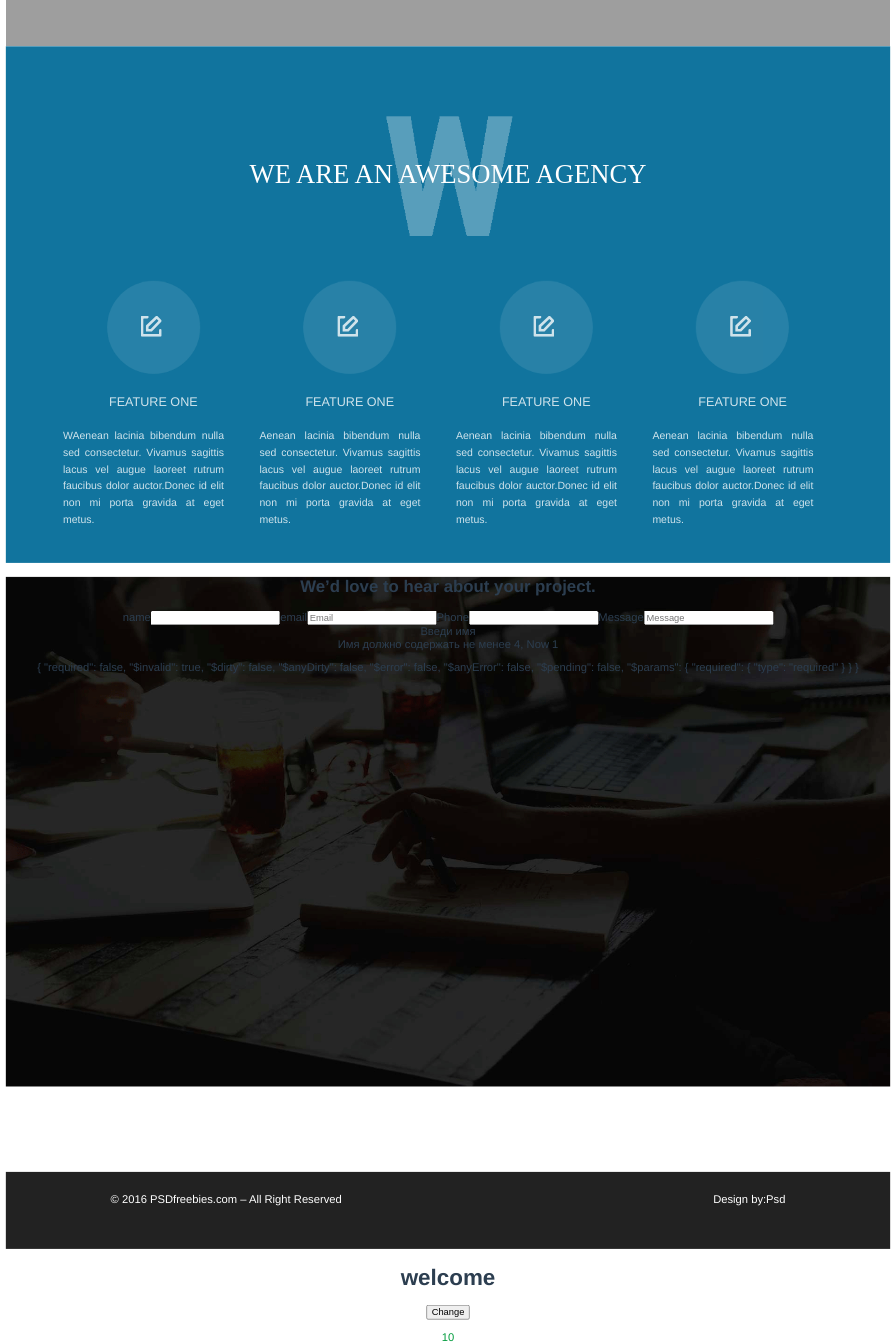
Repository: joker506/Creatives
Page: /
An editor plug-in stored every save of this project. The page is shown before and after the next save, followed by the edit.
The browser window is 1280 px wide. The pictures show the part of the page from y = 773 to 2693 px (the page is 2716 px tall), at 70% of full size.
Pictures or frames that could not be fetched are drawn as grey boxes. The project was rebuilt for these pictures with package versions that can differ from the ones it lists, and the page was loaded fresh each time.

Above is the page before, as saved 2020-04-12 00:03:14.

### public/index.html
<!DOCTYPE html>
<html lang="ru">

<head>
    <meta charset="utf-8">
    <meta http-equiv="X-UA-Compatible" content="IE=edge">
    <meta name="viewport" content="width=device-width,initial-scale=1.0">
    <link rel="icon" href="<%= BASE_URL %>favicon.ico">
    <title>
        <%= htmlWebpackPlugin.options.title %>
    </title>
</head>

<body>
    <noscript>
      <strong>We're sorry but <%= htmlWebpackPlugin.options.title %> doesn't work properly without JavaScript enabled. Please enable it to continue.</strong>
    </noscript>
    <div id="app"></div>
    <!-- built files will be auto injected -->
</body>

</html>

### src/main.js
import Vue from 'vue'
import Vuelidate from 'vuelidate'
import App from './App.vue'

Vue.use(Vuelidate)

Vue.config.productionTip = false

new Vue({
    render: h => h(App),
}).$mount('#app')

### src/App.vue
<template>
  <div id="app">
<HeaderApp />
<AdvantagesApp />
<TeamApp />
<FormApp />
<FooterApp />

    <HelloWorld
    @clicks="clickUp($event)"
       :msg=msg
       :counter=counter />
  </div>
</template>

<script>
import HelloWorld from './components/HelloWorld.vue'
import HeaderApp from './components/HeaderApp.vue'
import AdvantagesApp from './components/AdvantagesApp.vue'
import TeamApp from './components/TeamApp.vue'
import FormApp from './components/FormApp.vue'
import FooterApp from './components/FooterApp.vue'

export default {
  name: 'App',
  data(){

    return{
    msg:"welcome",
    counter:10,


    }

  },
  components: {
    HelloWorld,
    AdvantagesApp,
    HeaderApp,
    TeamApp,
    FormApp,
    FooterApp
  },
  methods:{
    clickUp(event){
      console.log("click")
      this.counter=event
    }
  }
}
</script>

<style>
#app {
  font-family: Avenir, Helvetica, Arial, sans-serif;
  -webkit-font-smoothing: antialiased;
  -moz-osx-font-smoothing: grayscale;
  text-align: center;
  color: #2c3e50;
  overflow: hidden;

}
</style>

### src/components/HelloWorld.vue
<template>
  <div class="hello">
    <h1>{{ msg }} </h1>
   <button @click="clickDown">Change</button>
   <p>{{counter}}</p>

  </div>
</template>

<script>
export default {
  name: 'HelloWorld',

  props: {
    msg: String,
    counter:Number

  },
  methods:{
    clickDown(){
      console.log("Your Click!")
      this.$emit("clicks",this.counter+1)

    }
  }
}
</script>

<style scoped>
h3 {
  margin: 40px 0 0;
}
ul {
  list-style-type: none;
  padding: 0;
}
li {
  display: inline-block;
  margin: 0 10px;
}
a {
  color: #42b983;
}
p{
  color:rgb(3, 156, 62);
}
</style>

### src/components/HeaderApp.vue
<template>

<header class="header">

<div class="header__top">
<a class="logo" href="#" >
    <img src="@/assets/Logo1.png" alt="logo">
</a>
<nav class="main-nav">
    <ul class="main-nav__items">
        <li class="item">
            <a href="#">Home</a> </li>
        <li class="item">
            <a href="#">Pages</a> </li>
        <li class="item">
            <a href="#">Features</a> </li>
        <li class="item">
            <a href="#">Extensions</a> </li>
        <li class="item">
            <a href="#">Tutorials</a> </li>
        <li class="item">
            <a href="#">Contact us</a> </li>
    </ul>
</nav>

<div class="social">
    <ul class="social__items">
        <li class="social__item social__item--fb">
            <a class="social__link" href="#"></a></li>
        <li class="social__item social__item--insta">
            <a class="social__link" href="#"></a></li>
        <li class="social__item social__item--teleg">
            <a class="social__link" href="#"></a></li>
        <li class="social__item social__item--vk">
            <a class="social__link" href="#"></a></li>
    </ul>
</div>

</div>
<div class="header__main">

<h1 class="header__title" >Creatives</h1>
<p class="text"><a href="Power by PSDfreebies.com"> Power by PSDfreebies.com</a></p>

<span class="btn__main">
    <a @click="scrollDown" href="#team" class="btn__main-link">scroll down</a>
</span>
</div>


</header>

</template>

<script>
export default {
    name:'HeaderApp',
    methods:{
        scrollDown(){
            console.log("scroll")
        }
    },

    directives:{
        font:{
            bind(el){
            el.style.fontSize='50px'
            }
        },
        color:{
            bind(el){
                el.style.color='#ffffff'
            }
        }
    }


}
</script>

<style lang="scss">
.header{
    margin: 0;
    padding: 0;
    max-width: 1600px;
    padding-top: 20px;
    font-size: 18px;
    background-image: url("~@/assets/Layer96.jpg");
    background-repeat: no-repeat;
    background-position: 0 0;
    background-size: cover;
}

.header__top{
    padding-right: 15px;
    padding-left: 15px;
    display: flex;
    justify-content: space-between;
    height: 90px;
    border-bottom: 3px solid hsla(0, 0%, 47%, 0.5);
}
.wrapper{
    width: 1200px;
}
.logo {
    list-style: none;
    cursor: pointer;
    color: #000000 ;
    &>img{
    width:79px;
    height:75px;
    }
}

.main-nav{
margin-left: 220px;
margin-right: 40px;
//border: 1px solid greenyellow;
}
.main-nav__items{
padding: 0;
margin: 0;
display: flex;
justify-content: space-between;
width: 700px;
height: 85px;
}
.item{
    width: 100px;
    height: 83px;
    list-style: none;
    font-family: "Myriad Pro";
    font-size: 20px;
    font-weight: 400;
    color: #ffffff;
    &:hover{
        border-bottom: 6px solid #11749e;
    }
    &>a{
        display: block;
        padding-top: 30px;
        height: 50px;
        text-decoration: none;
        color: #868686;
   /*  &:hover{
        color: blue;
    } */

    }
}
.social{
width: 141px;
}
.social__items{
    margin: 0;
    padding: 0;
    display: flex;
    justify-content: space-between;
    list-style: none;
}

.social__item{
    width: 20px;
    height: 20px;
    margin-top: 30px;
    position: relative;
    &--fb{
        background-image: url("~@/assets/facebook.svg");
        &:hover{
        background-image: url("~@/assets/fb-active.svg");
        }
    }
     &--insta{
        background-image: url("~@/assets/instagram.svg");
    }
     &--teleg{
        background-image: url("~@/assets/telegram.svg");
    }
     &--vk{
        background-image: url("~@/assets/vk.svg");
    }
    &::before{
        content: '';
        position: absolute;
        width: 30px;
        height: 30px;
         background-position: 0 0;
        background-repeat: no-repeat;
}
}


.social__link{
    display: block;
    padding-top: 30px;
    height: 50px;
    color: #868686;
    text-decoration: none;
}
/*
.header__main{
    height: 766px;
} */

.header__title{
    margin: 0 auto;
    margin-top: 130px;
    font-family: Gotham;
    font-size: 153px;
    font-weight: 700;
    text-transform: uppercase;
    letter-spacing: -1.92px;
}

.text{
margin: 0 auto;
margin-top: 30px;
color: #11749e;
font-family: Gotham;
font-size: 25px;
font-weight: 500;
line-height: 51.19px;
text-transform: uppercase;
letter-spacing: 7.88px;
}
.text>a{
    text-decoration: none;
    color: bisque;
}
.btn__main{
    display: block;
    margin-top: 115px;
    padding-bottom: 115px;
    position: relative;

}
.btn__main-link{
    color:beige;
    cursor: pointer;
    font-weight: 500;
    line-height: 22px;
    text-transform: capitalize;
        &::after{
        content: '';
        display: block;
        left: 50%;
        margin: auto;
        margin-top: 15px;
        width: 65px;
        height: 65px;
        background-image: url("~@/assets/chevron.svg");
        background-repeat: no-repeat;
        background-position: 0 0;
        background-size: cover;
        }
        &:hover{
color: #11749e;
}
}



</style>

### src/components/AdvantagesApp.vue
<template >
<section class="advantages" >
    <div class="wrap">
<h2 class="advantages__title">
    We Are An Awesome Agency
</h2>
    </div>
    <div class="advantages-block">
<div class="block__first">
   <div><img src="~@/assets/Ellipse1.png" alt="ellipse"></div>
    <h3 class="block__title">Feature One</h3>
    <p class="block__text">WAenean lacinia bibendum nulla sed consectetur. Vivamus sagittis lacus vel augue laoreet rutrum faucibus dolor auctor.Donec id elit non mi porta gravida at eget metus.
</p>
</div>
<div class="block__first">
    <div><img src="~@/assets/Ellipse1.png" alt="ellipse"></div>
    <h3 class="block__title">Feature One</h3>
     <p class="block__text">Aenean lacinia bibendum nulla sed consectetur. Vivamus sagittis lacus vel augue laoreet rutrum faucibus dolor auctor.Donec id elit non mi porta gravida at eget metus.
</p>
</div>
<div class="block__first">
    <div><img src="~@/assets/Ellipse1.png" alt="ellipse"></div>
    <h3 class="block__title">Feature One</h3>
     <p class="block__text">Aenean lacinia bibendum nulla sed consectetur. Vivamus sagittis lacus vel augue laoreet rutrum faucibus dolor auctor.Donec id elit non mi porta gravida at eget metus.
</p>
</div>
<div class="block__first">
    <div><img src="~@/assets/Ellipse1.png" alt="ellipse"></div>
    <h3 class="block__title">Feature One</h3>
    <p class="block__text">Aenean lacinia bibendum nulla sed consectetur. Vivamus sagittis lacus vel augue laoreet rutrum faucibus dolor auctor.Donec id elit non mi porta gravida at eget metus.
</p>
</div>
</div>

</section>
</template>

<script>
export default {
    name:'AdvantagesApp',

}
</script>

<style lang="scss">

.advantages{
max-width: 1600px;
height: 738px;
background-color: #11749e;
}
.wrap{
    margin: 0;
}
.advantages-logo{
margin-top: 108px;
    opacity: 0.3 ;
}

.advantages__title{
    margin: 0;
padding-top: 170px;
margin-bottom: 140px;
color: #ffffff;
font-family: Gotham;
font-size: 38px;
font-weight: 500;
line-height: 25px;
text-transform: uppercase;
position: relative;
&::before{
    content: '';
    position: absolute;
    top: 100px;
    left: 43%;
    width: 180px;
    height: 180px;
    opacity: 0.3;
    background-image: url("~@/assets/W.png");
    background-size: contain;
    background-repeat: no-repeat;
    background-position: 0 0;
}
}
.advantages-block{
    width: 1100px;
    margin: 0 auto;
    display: flex;
    justify-content: space-between;
}
.block__first{
    width: 258px;

    color: #ffffff;
    opacity: 0.8;


}
.block__first>div{
    opacity: 1;
    position: relative;
      &::before{
    content: '';
    position: absolute;
    top: 50px;
    left: 111px;
    width: 30px;
    height: 30px;
    background-image: url("~@/assets/Write.svg");
    background-position: 0 0;
    background-repeat: no-repeat;
    background-size: contain;
}
    }


.block__title{
    font-size: 18px;
font-weight: 500;
line-height: 36px;
text-transform: uppercase;

}
.block__text{
    width: 230px;
text-align: justify;    ;
font-size: 15px;
font-weight: 400;
line-height: 24px;
}
</style>

### src/components/TeamApp.vue
<template>
<section class="team" id="team">
<div class="wrap">
<h2 class="team__title">Our Team</h2>
<p class="team__text">sales long tail influencer pitch release niche market.</p>
</div>

<div class="team-block">

<div v-for="staff in staffs" :key="staff.id" class="staff__first" >
    <img :src="require('@/assets'+staff.img)" alt="">
    <div class="staff-wrap">
    <h3 class="staff__title">{{staff.name}}</h3>
    <span class="staff__prof">{{staff.proff}}</span>
    </div>
</div>

    </div>

    </section>
</template>

<script>
export default {
    name:'TeamApp',
    data(){
        return{
            staffs:[
                {
                    id:1,
                    name:"JOHN SNOW",
                    proff:"CEO",
                    img:'/Layer81.png'
                },
                {
                    id:2,
                    name:"LADY SANSA",
                    proff:"WebDesigner",
                    img:'/Layer82.png'
                },
                {
                    id:3,
                    name:"JOHN MMAc",
                    proff:"Pgotographer",
                    img:'/Layer83.png'
                },
                {
                    id:4,
                    name:"LADY SIMPS",
                    proff:"Pgotographer",
                    img:'/Layer84.png'
                },


            ]
        }
    }
}
</script>

<style lang="scss">
.team{
    margin: 0;
    padding: 0;
    max-width: 1600px;
padding-bottom: 10px;
background-color: #f3f0f0;
}
.team__title{
margin: 0;
padding: 0;
padding-top: 140px;
font-size: 38px;
font-weight: 500;
line-height: 45px;
text-transform: uppercase;
position: relative;
&::before{
    content: '';
    position: absolute;
    top: 70px;
    left: 45%;
    width: 120px;
    height: 180px;
    background-image: url('~@/assets/T.png');
    background-position: 0 0;
    background-repeat: no-repeat;
    background-size: contain;
}
}
.team__text{
    margin-top: 140px;
    color: #222222;
font-family: "Gotham - Book";
font-size: 30px;
font-weight: 400;
line-height: 37px;
}
.team-block{
    margin-top: 70px;
    width: 1200px;
    margin: 0 auto;
    display: flex;
    justify-content: space-between;

}
.staff__first {
    width: 270px;
    height: 480px;
    position: relative;
}

.staff-wrap{
    position: absolute;
    top: 360px;
    left: 25px;
    width: 216px;
    height: 117px;
    background-color: #ffffff;
    &:hover{
        border: 1px solid rgb(245, 243, 243);
        box-shadow: 0px 0px 10px 5px rgb(225, 229, 233);
    }
    }
.staff__title{
    color: #11749e;
font-family: Gotham;
font-size: 20px;
font-weight: 500;
line-height: 24px;
text-transform: uppercase;
}

.staff__prof{
    font-family: Gotham;
    font-size: 15px;
    font-weight: 600;
    line-height: 24px;
}
</style>

### src/components/FormApp.vue
<template>
<div class="form">
<h2 class="form__title">We’d love to hear about your project.</h2>
<form action="">
    <label for="name">name</label>
    <input type="text"
            id="name"
            @blur="$v.name.$touch()"
            :class="{'input__wrong':$v.name.$error}"
            v-model="name"
            placeholder="Name">

    <label for="email">email</label>
    <input type="email"
           id="email"
           v-model="email"
           @blur="$v.email.$touch()"
           :class="{'input__wrong':$v.email.$error}"
           placeholder="Email"
           >
    <label for="phone">Phone</label>
    <input type="phone"
            id="phone"
            v-model="phone"
            @blur="$v.phone.$touch()"
            placeholder="Phone"
           >
    <label for="letter">Message</label>
    <input type="textarea"
            id="letter"
            v-model="letter"
            @blur="$v.letter.$touch()"
            placeholder="Message"
            >

    <div class="" v-if="!$v.name.required">Введи имя </div>
    <div class="" v-if="!$v.name.minLength">Имя должно содержать не менее {{4}}, Now {{name.length}}</div>

</form>
<p>{{$v.letter}}</p>
</div>

</template>

<script>

import {required,email,phone,minLength } from 'vuelidate/lib/validators'

export default {
name:'FormApp',
data(){
    return{
    name:" ",
    required:" ",
    email:" ",
    phone:" "
    }
},

validations:{
    name:{
    required,
    minLength:minLength(4),
    //pattern:
},
    email:{
    required,
    email
},
    phone:{
        required,
        phone,
    },
    letter:{
        required,
    }
}
}

</script>

<style>
.form{
    max-width: 1600px;
    height: 850px;
    background-image: url("~@/assets/form-logo.png");
    background-repeat: no-repeat;
    background-size: contain;
}
.input__wrong{
    box-shadow: 0 0 5px 5px pink;
}


</style>

### src/components/FooterApp.vue
<template>
<footer class="footer">
    <div class="copyright">© 2016 PSDfreebies.com – All Right Reserved</div>
    <div class="design">
        <p>Design by:Psd</p>
    </div>
</footer>
</template>

<script>
export default {
    name:'FooterApp'
}
</script>>
<style lang="scss">
.footer{
    max-width: 1600px;
    height: 110px;
    background-color: #222222;
    padding-right: 150px;
    padding-left: 150px;
    display: flex;
    justify-content: space-between;
}
.copyright,
.design{
    color: #ffffff;
    padding-top: 30px;
}
.design>p{
    margin: 0;
}
</style>

After the next save:
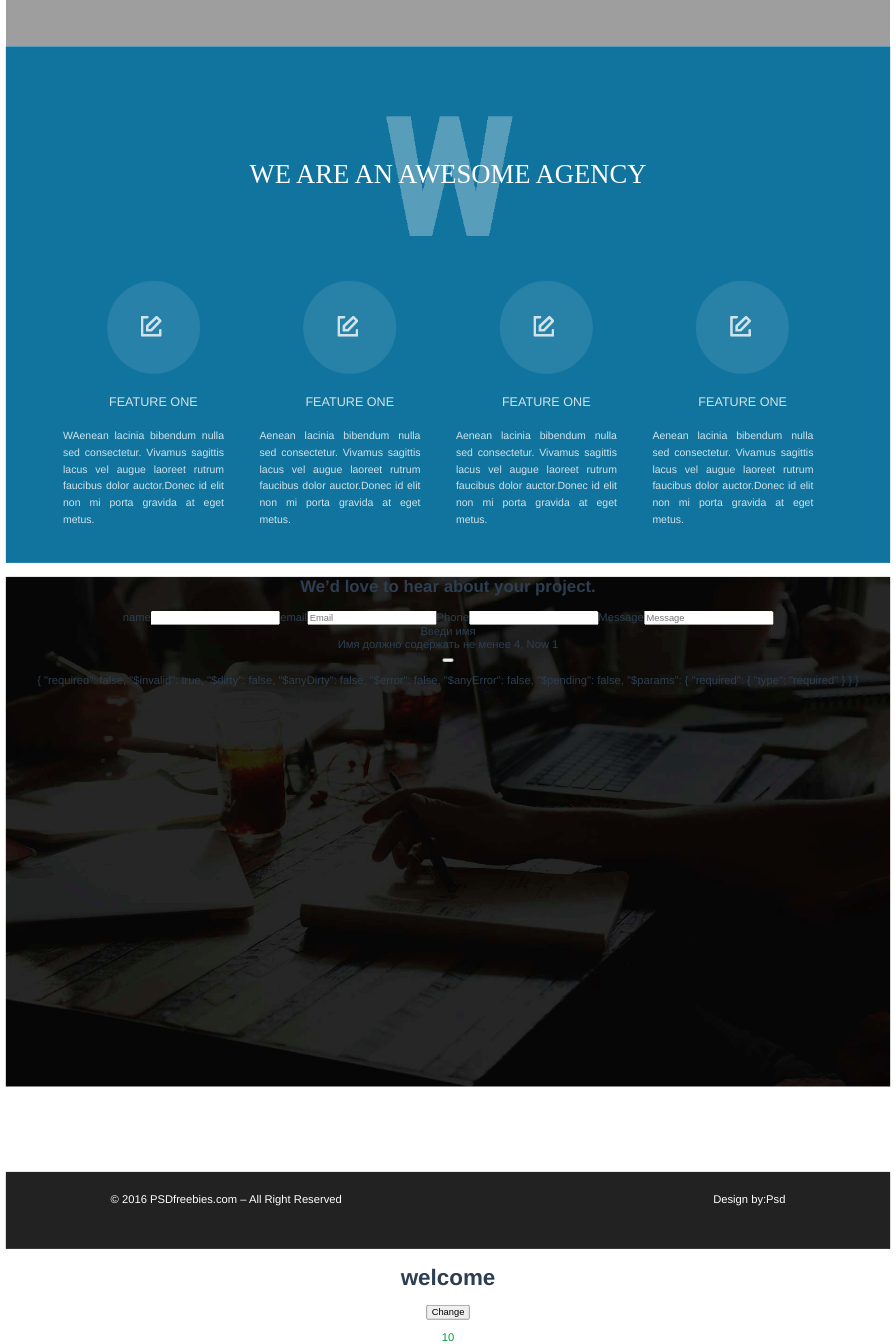
Saved 33 s later.
--- a/src/components/FormApp.vue
+++ b/src/components/FormApp.vue
@@ -35,7 +35,7 @@
 
     <div class="" v-if="!$v.name.required">Введи имя </div>
     <div class="" v-if="!$v.name.minLength">Имя должно содержать не менее {{4}}, Now {{name.length}}</div>
-
+<button class="form__btn" type="submit"></button>
 </form>
 <p>{{$v.letter}}</p>
 </div>
